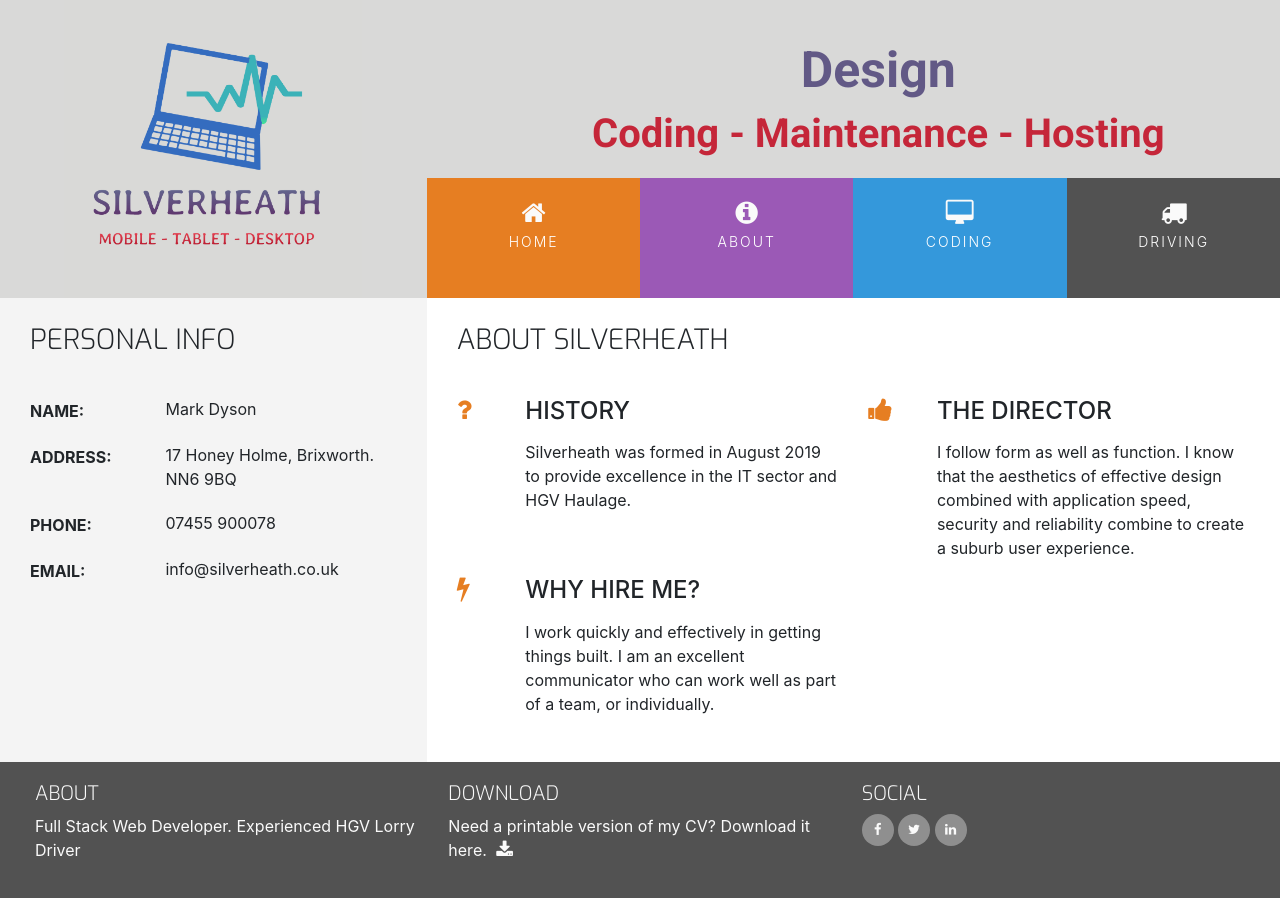
Repository: Code-Institute-Submissions/silverheath
Page: about.html
The author's editor kept a record of every edit. The page is drawn from the files as they stood at one moment, then again after the next edit.
The browser window is 1280 px wide. The pictures show the whole page.
Some web libraries are served in a nearby version.

Above is the page before.

After the next edit:
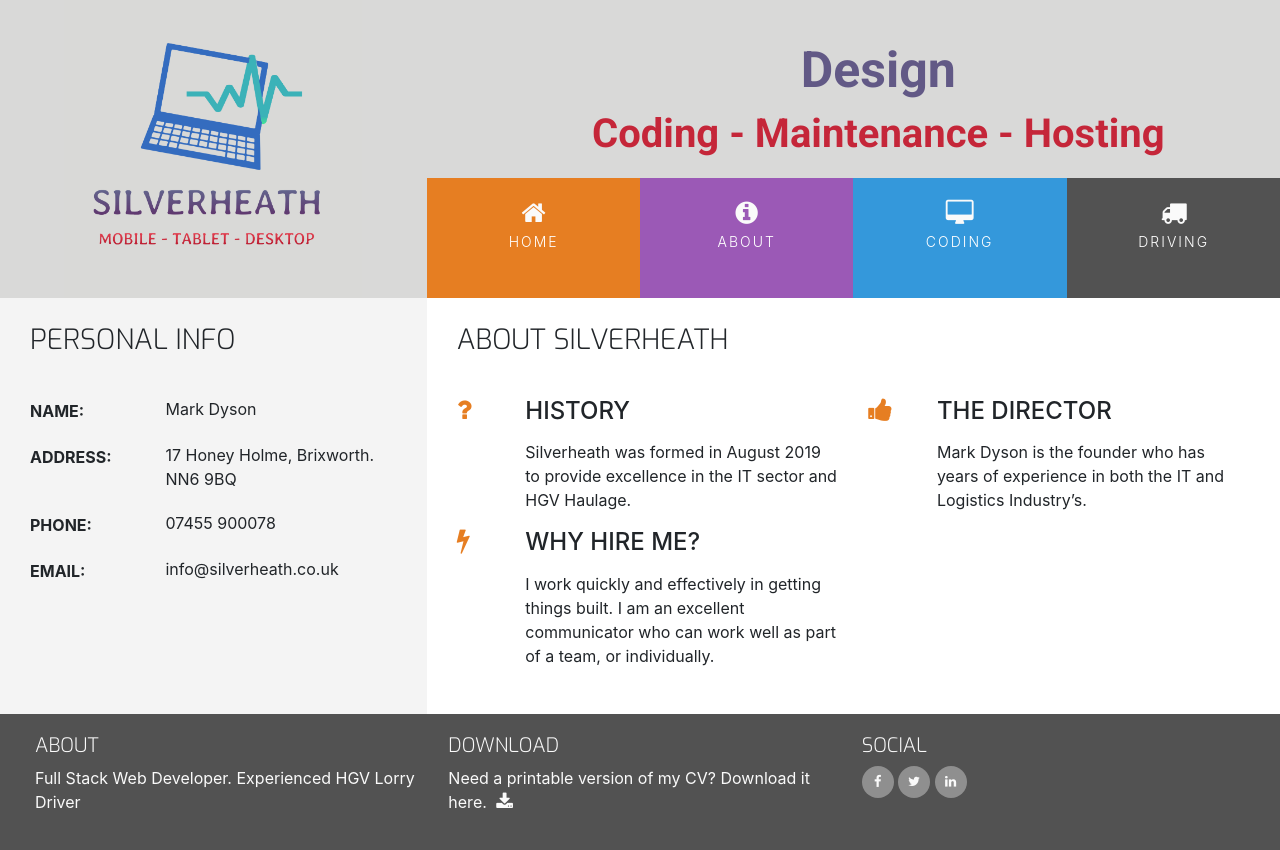
The edit:
--- a/about.html
+++ b/about.html
@@ -131,7 +131,7 @@
                             <div class="col-10">
                                 <h4 class="three-reasons-heading uppercase">The Director</h4>
                                 <p>
-                                    I follow form as well as function. I know that the aesthetics of effective design combined with application speed, security and reliability combine to create a suburb  user experience.
+                                    Mark Dyson is the founder who has years of experience in both the IT and Logistics Industry’s.
                                 </p>
                             </div>
                         </div>
